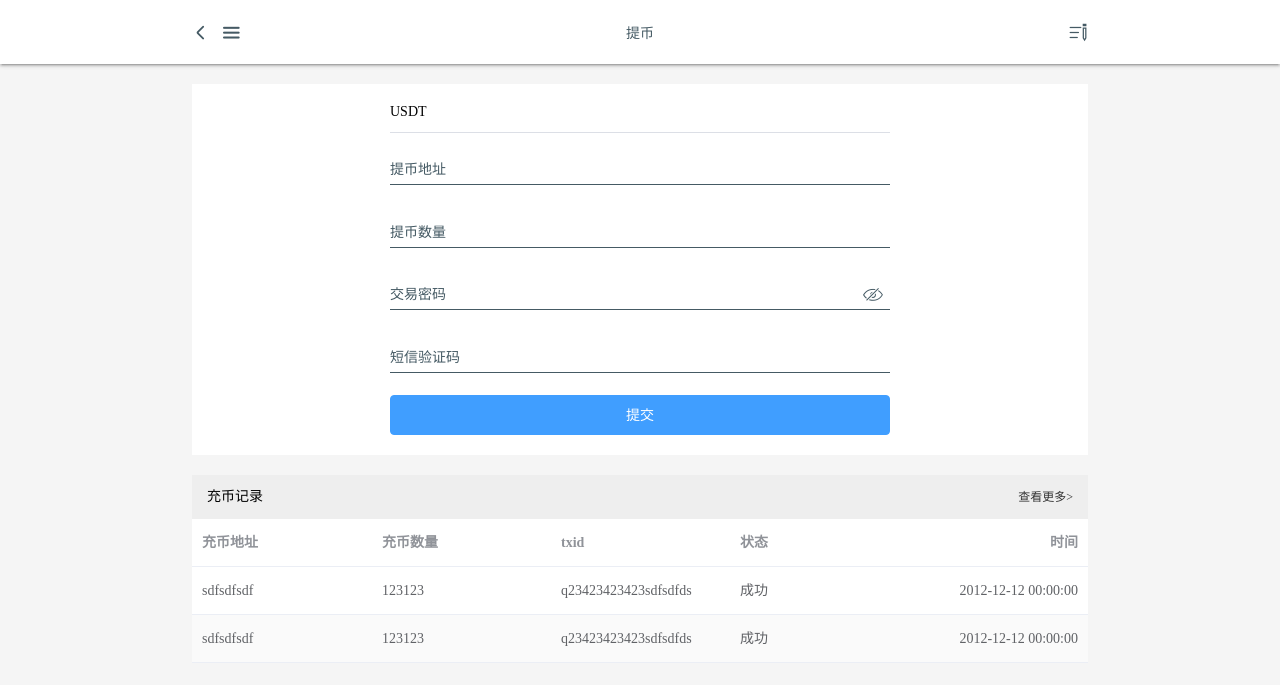
Repository: miyanshichen/ent
Page: /finance/withdraw
An editor plug-in stored every save of this project. The page is shown before and after a run of saves, followed by the edit.
The browser window is 1280 px wide. The pictures show the whole page.
The project was rebuilt for these pictures with package versions that can differ from the ones it lists, and the page was loaded fresh each time. Also part of the build but not shown: vue.config.js, src/assets/font/iconfont.js.

Above is the page before, as saved 2021-01-13 17:49:08.

After the next 2 saves:
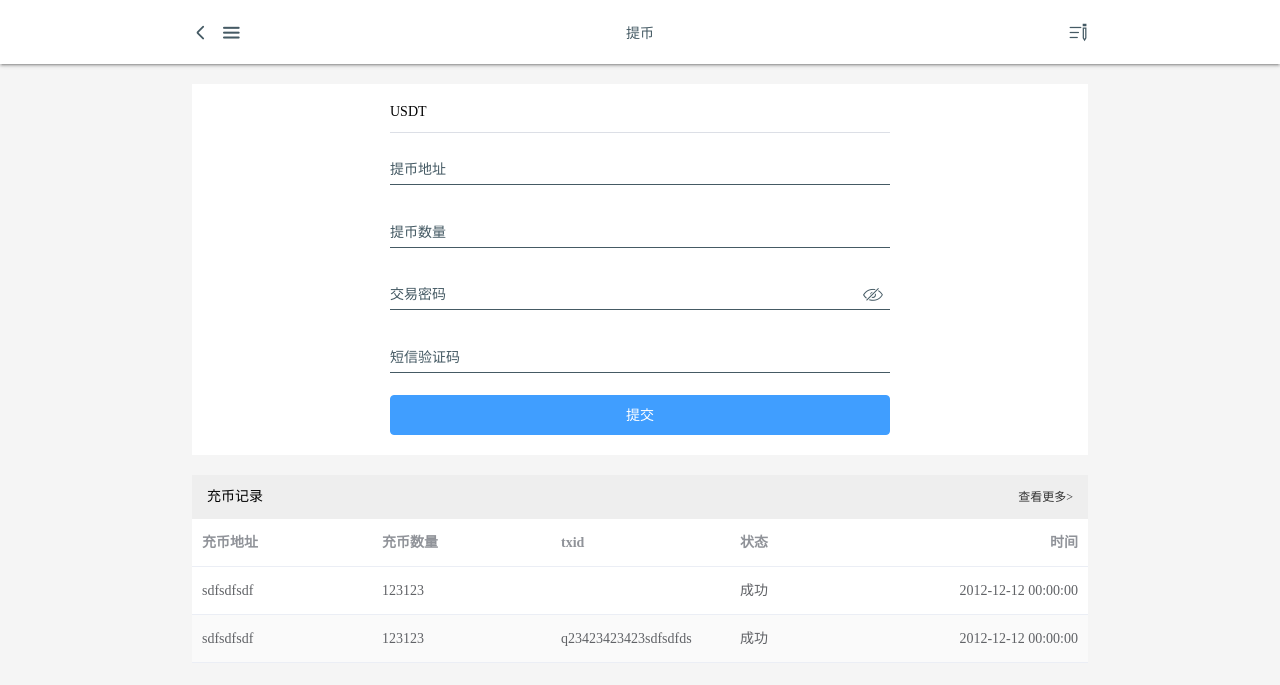
The 2 saves are shown as one change because they came seconds apart.
The last was saved 8 s later.
--- a/src/views/assets/withdraw.vue
+++ b/src/views/assets/withdraw.vue
@@ -79,7 +79,7 @@ export default {
         {
           address: "sdfsdfsdf",
           number: 123123,
-          txid: "q23423423423sdfsdfds",
+          number_u: 123,
           statusName: "成功",
           time: "2012-12-12 00:00:00",
         },
